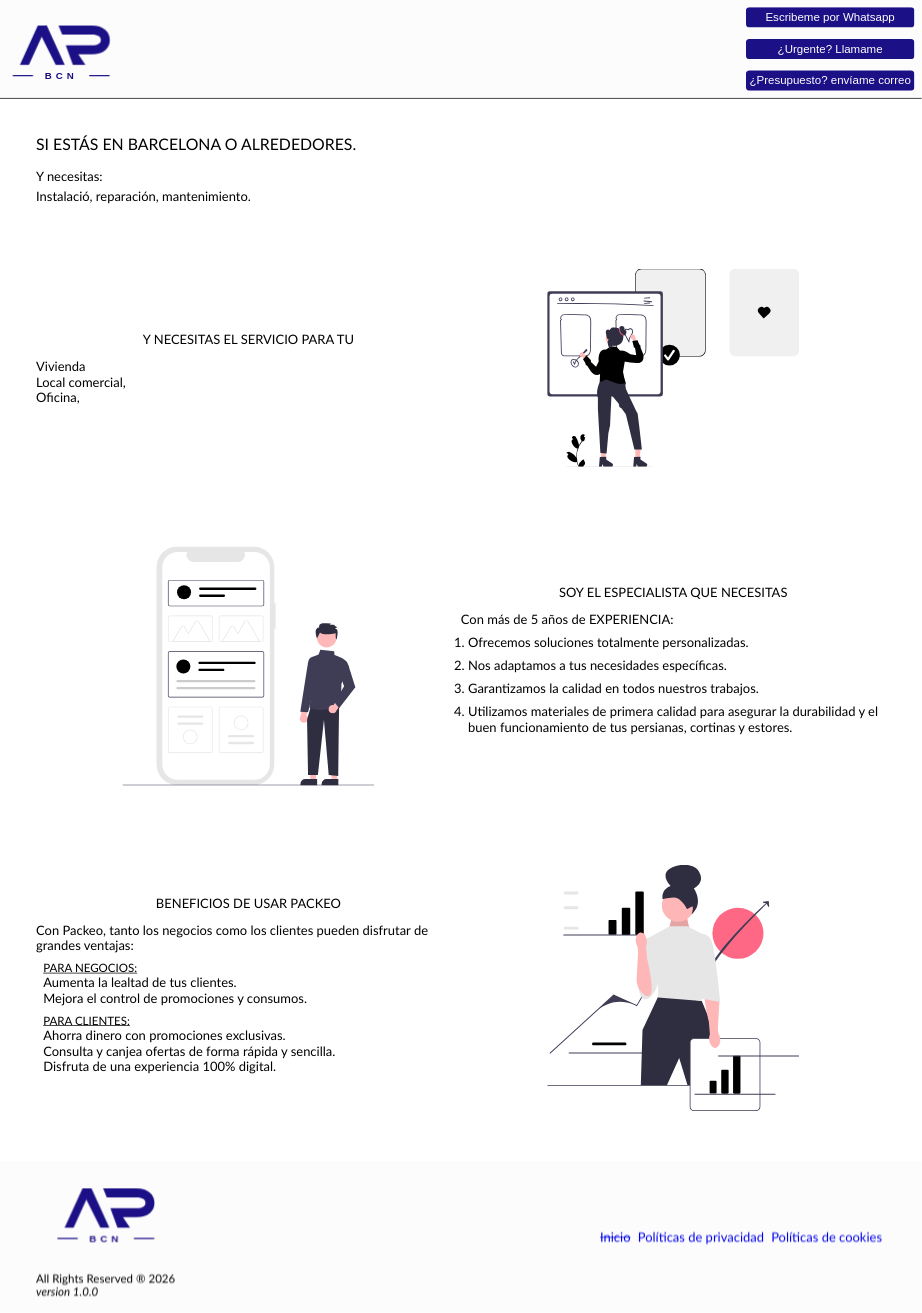
Repository: alupvcbarcelona/alupvcbarcelona-front
Page: /
These files come from the project's save history. The page is drawn as it stood at one moment and after the next save; the edit follows.
The browser window is 1280 px wide. The pictures show the whole page, at 72% of full size.
The page's requests for data from a server got no answer. The project was rebuilt for these pictures with package versions that can differ from the ones it lists, and the page was loaded fresh each time. No one was signed in, and anything a server would have sent is missing. Also part of the build but not shown: vite.config.js, src/reducers/partner.reducer/partner.action.js, src/views/Pack/utils/content.js, src/views/Pack/Pack.css, src/views/Pack/Pack.jsx, src/views/404/utils.js, src/views/404/NotFound.css, src/views/404/NotFound.jsx and 6 more.

Above is the page before, as saved 2026-07-24 10:29:55.

### index.html
<!doctype html>
<html lang="en">

<head>
  <meta charset="UTF-8" />
  <link rel="icon" type="image/svg+xml" href="/logo.png" />
  <meta name="viewport" content="width=device-width, initial-scale=1.0 user-scalable=no" />
  <meta name="author" content="AluPVC Barcelona" />
  <title>ALUPVC BCN</title>
</head>

<body>
  <div id="root"></div>
  <script type="module" src="/src/main.jsx"></script>
</body>

</html>

### src/main.jsx
import { StrictMode } from 'react'
import { createRoot } from 'react-dom/client'
import { BrowserRouter } from 'react-router-dom'
import { ReducerProvider } from './context/reducer.context/ReducerContext.jsx'
import { StateProvider } from './context/state.context/StateContext.jsx'
import App from './App.jsx'
import './assets/global/GlobalStyle.css'
import { ScrollProvider } from './context/scroll.context/Scroll.jsx'

createRoot(document.getElementById('root')).render(
  <StrictMode>
    <BrowserRouter>
      <ReducerProvider>
        <StateProvider>
          <ScrollProvider>
            <App />
          </ScrollProvider>
        </StateProvider>
      </ReducerProvider>
    </BrowserRouter>
  </StrictMode>
)

### src/context/reducer.context/ReducerContext.jsx
import { useReducer } from 'react'
import { ReducerContext } from '../createContext'
import {
  stateLoad,
  initStateLoad
} from '../../reducers/loader.reducer/loader.reducer'
import {
  statePartner,
  initStatePartner
} from '../../reducers/partner.reducer/partner.reducer'
import { initStateAuth, stateAuth } from '../../reducers/auth.reducer/auth.reducer'
import { initStatePack, statePacks } from '../../reducers/packs.reducer/pack.reducer'

export const ReducerProvider = ({ children }) => {
  const [load, dispatchLoad] = useReducer(stateLoad, initStateLoad)
  const [partner, dispatchPartner] = useReducer(statePartner, initStatePartner)
  const [auth, dispatchAuth] = useReducer(stateAuth, initStateAuth)
  const [packs, dispatchPack] = useReducer(statePacks, initStatePack)

  return (
    <ReducerContext.Provider value={{ load, dispatchLoad, partner, dispatchPartner, auth, dispatchAuth, packs, dispatchPack }}>
      {children}
    </ReducerContext.Provider>
  )
}

### src/context/scroll.context/Scroll.jsx
import { createContext, useRef } from 'react'
import { ScrollContext } from '../createContext'
import useScrollToRef from '../../hooks/useScrollToRef'

export const ScrollProvider = ({ children }) => {
  const useScroll = useScrollToRef()

  const refTop = useRef(null)
  const refForm = useRef(null)
  const refPack = useRef(null)
  const refPacks = useRef(null)

  return (
    <ScrollContext.Provider
      value={{ useScroll, refTop, refForm, refPack, refPacks }}
    >
      {children}
    </ScrollContext.Provider>
  )
}

### src/context/createContext.jsx
import { createContext } from "react";

export const ReducerContext = createContext()
export const StateContext = createContext()
export const ScrollContext = createContext()

### src/components/ProtectedRoute/ProtectedRoute.jsx
import React, { useContext, useEffect, useState } from 'react'
import { StateContext } from '../../context/createContext'
import { useNavigate } from 'react-router-dom'

const protectedRoute = ({ children, requiresAuth }) => {
  const {
    isAuth: { auth }
  } = useContext(StateContext)

  const navigate = useNavigate()

  useEffect(() => {
    if (requiresAuth && !auth) {
      navigate('/')
    } else if (!requiresAuth && auth) {
      navigate('/perfil')
    }
  }, [auth, navigate, requiresAuth])

  if ((requiresAuth && !auth) || (!requiresAuth && auth)) {
    return null
  }

  return children
}

export default protectedRoute

### src/layout/Layout.jsx
import React, { useContext, useEffect, useState } from "react";
import { Outlet, useLocation } from "react-router-dom";
import { Helmet, HelmetProvider } from "react-helmet-async";
import { ToastContainer } from "react-toastify";
import useWidth from "../hooks/useWidth";
import "./Layout.css";
import { ScrollContext } from "../context/createContext";

const AluPVCLogo = React.lazy(() => import("../components/Logo/AluPVCLogo"));
const Header = React.lazy(() => import("../components/Header/Header"));
const Footer = React.lazy(() => import("../components/Footer/Footer"));

const Layout = () => {
  const [google, setGoogle] = useState(import.meta.env.VITE_GOOGLE_ADSENSE);
  const { useScroll, refTop } = useContext(ScrollContext);
  const location = useLocation();
  const width = useWidth();
  useEffect(() => {
    useScroll(refTop);
  }, [location]);

  return (
    <>
      <Header />
      <div className="layout__toast">
        <ToastContainer position="bottom-center" hideProgressBar />
      </div>
      <section
        ref={refTop}
        className={`outlet__container ${
          width >= 510 ? "outlet__children" : "outlet__children-mobile"
        }`}
      >
        <Outlet />
      </section>
      <Footer />
    </>
  );
};

export default Layout;

### src/hooks/useScrollToRef.jsx
import { useCallback } from 'react'

const useScrollToRef = () => {
  const scrollToRef = useCallback((ref, h=0) => {
    if (ref.current) {
      ref.current.scrollIntoView({ behavior: 'smooth', block: 'start' })
      setTimeout(() => {
        const scrollY = window.scrollY || document.documentElement.scrollTop
        window.scrollTo({
          top: h,
          behavior: 'smooth',
        })
      }, 0)

    }
  }, [])

  return scrollToRef
}

export default useScrollToRef

### src/views/Home/utils/content.js
import img_1 from "/il-1.svg";
import img_2 from "/il-2.svg";
import img_3 from "/il-3.svg";

export const home_content = {
  body: {
    title: "Si estás en Barcelona o alrededores.",
    description: "Y necesitas:",
    description_:
      "Instalació, reparación, mantenimiento.",
    helmet: {
      title: "Instalación de persianas, cortinas y estores en Barcelona | AluPVC Barcelona",
      description: {
        name: "description",
        content:
          "Instalamos todo tipo de persianas, cortinas y estores en Barcelona y alrededores. Contamos con un equipo de profesionales altamente capacitados para ofrecerte un servicio de calidad y garantizar tu satisfacción.",
      },
      keywords: {
        name: "keywords",
        content:
          "fTodo lo relacionado con persianas, cortinas y estores, instalación de persianas, reparación de persianas, mantenimiento de persianas, instalación de cortinas, reparación de cortinas, mantenimiento de cortinas, instalación de estores, reparación de estores, mantenimiento de estores",
      },
    },
  },
};

export const home_description = {
  body: [
    {
      title: "Y necesitas el servicio para tu",
      article: [
        {
          paragraph:
            "Vivienda",
        },
        {
          paragraph:
            "Local comercial,",
        },
        {
          paragraph:
            "Oficina,",
        },
      ],
      img: {
        img: img_2,
        alt: "Instalación y reparacion de persianas, cortinas y estores en Barcelona",
        width: 350,
      },
    },
    {
      title: "Soy el especialista que necesitas",
      article: [
        {
          paragraph:
            "Con más de 5 años de EXPERIENCIA:",
          ol: [
            {
              li: "Ofrecemos soluciones totalmente personalizadas.",
            },
            { li: "Nos adaptamos a tus necesidades específicas." },
            {
              li: "Garantizamos la calidad en todos nuestros trabajos.",
            },
            {
              li: "Utilizamos materiales de primera calidad para asegurar la durabilidad y el buen funcionamiento de tus persianas, cortinas y estores.",
            },
          ],
        },
      ],
      img: {
        img: img_1,
        alt: "¿Cómo funciona Packeo?",
        width: 350,
      },
    },
    {
      title: "Beneficios de usar Packeo",
      article: [
        {
          paragraph:
            "Con Packeo, tanto los negocios como los clientes pueden disfrutar de grandes ventajas:",
          description_: [
            {
              title: "Para negocios:",
              ul: [
                { li: "Aumenta la lealtad de tus clientes." },
                { li: "Mejora el control de promociones y consumos." },
              ],
            },
            {
              title: "Para clientes:",
              ul: [
                { li: "Ahorra dinero con promociones exclusivas." },
                {
                  li: "Consulta y canjea ofertas de forma rápida y sencilla.",
                },
                { li: "Disfruta de una experiencia 100% digital." },
              ],
            },
          ],
        },
      ],
      img: {
        img: img_3,
        alt: "Beneficios de usar Packeo",
        width: 350,
      },
    },
  ],
};

### src/views/Home/Home.css
.home__content {
  padding: 50px;
}

.home__content-title {
  margin: 40px 0;
  text-align: center;
}

.home__container-card {
  display: flex;
  gap: 20px;
  flex-wrap: wrap;
  justify-content: center;
}

.home__section {
  display: flex;
  flex-direction: column;
  gap: 70px;
}

.home__use {
  width: 100%;
  display: flex;
  flex-wrap: wrap;
  justify-content: center;
  align-items: center;
}
.home__use > div {
  width: 50%;
}

.home__use > div > article > div {
  margin-bottom: 10px;
}

.home__section h2 {
  font-size: 18px;
  margin-bottom: 15px;
  text-align: center;
}

.home__section img {
  display: block;
  margin: 20px auto;
  max-width: 100%;
  height: auto;
}

.home__section ol {
  padding: 10px;
}

.home__section ol li {
  margin-bottom: 10px;
}

.home__benefits {
  display: flex;
  flex-direction: column;
  gap: 20px;
}

.home__bussiness-type {
  margin: 10px 0 0 10px;
}

.home__bussiness-type > div > h3 {
  margin-top: 10px;
  text-decoration: underline;
  font-size: 16px;
}

.home__benefits ul {
  list-style: disc;
  margin-left: 20px;
}

.home__benefits ul li {
  margin-bottom: 8px;
}

@media (min-width: 663px) {
  .home__use:nth-child(2) {
    flex-direction:row-reverse;
  }
}

@media (max-width: 662px) {
  .home__content {
    padding: 50px 20px 40px 20px;
  }
  .home__use {
    flex-wrap: nowrap;
    flex-direction: column;
    gap: 50px;
  }
  .home__use > div {
    width: 100%;
  }
}

### src/components/Img/Img.jsx
import './Img.css'

const Img = ({
  icon,
  w = 20,
  h = w,
  p = '0px',
  alt,
  title = null,
  action = () => {}
}) => {
  return (
    <img
      className='svg__icon'
      src={icon}
      width={w}
      height={h}
      style={{ padding: p }}
      alt={alt}
      title={title}
      onClick={action}
      loading='lazy'
    />
  )
}

export default Img

### src/hooks/useWidth.jsx
import { useEffect, useState } from 'react'

const useWidth = () => {
  const [width, setWidth] = useState(window.innerWidth);
  useEffect(() => {
    const handleResize = () => {
      setWidth(window.innerWidth);
    };

    window.addEventListener('resize', handleResize);

    return () => {
      window.removeEventListener('resize', handleResize);
    };
  }, []);
  return width;
}

export default useWidth

### src/layout/Layout.css
.outlet__container {
  min-height:50svh;
}

### src/components/Footer/Footer.jsx
import React from "react";
import packageJson from "../../../package.json";
import {
  year,
  LINKS_FOOTER,
  handleEmail,
  handleWhatsapp,
  handleCallPhone,
} from "./utils";
import AluPVCLogo from "../Logo/AluPVCLogo";
import Button from "../Button/Button";

import "./Footer.css";
import { NavLink } from "react-router-dom";

const Footer = () => {
  return (
    <footer>
      <div className="footer__container filter">
        <div className="footer_content-logo">
          <AluPVCLogo />
          <div className="footer_content-version">
            <span>All Rights Reserved &#174;​ {year()}</span>
            <i>version {packageJson.version}</i>
          </div>
        </div>
        <div className="footer_content-action">
          <div className="footer_content-links">
            {LINKS_FOOTER?.map((path, index) => (
              <NavLink
                to={path.path}
                key={index}
                className={({ isActive }) =>
                  `${isActive ? "header__link-active" : ""}`
                }
              >
                {path.text}
              </NavLink>
            ))}
          </div>
          {/* <Button
            ariaLabel="Whatsapp"
            p="5px"
            br="5px"
            children="Escribeme por Whatsapp"
            onClick={handleWhatsapp}
          />
          <Button
            ariaLabel="Teléfono"
            p="5px"
            br="5px"
            children="¿Urgente? Llamame"
            onClick={handleCallPhone}
          />
          <Button
            ariaLabel="Email"
            p="5px"
            br="5px"
            children="¿Presupuesto? envíame correo"
            onClick={handleEmail}
          /> */}
        </div>
      </div>
    </footer>
  );
};

export default Footer;

### src/components/Button/Button.jsx
import "./Button.css";

const Button = ({
  children,
  icon,
  ariaLabel,
  bgColor = "var(--p-bg-secondary)",
  textColor = "var(--p-text-primary_2)",
  p,
  br,
  w = "auto",
  h = "auto",
  type = "button",
  onClick,
  className = "",
  style = {},
  ...props
}) => {
  return (
    <button
      type={type}
      onClick={onClick}
      aria-label={ariaLabel}
      className={`button ${className}`}
      style={{
        backgroundColor: bgColor,
        color: textColor,
        padding: p,
        borderRadius: br,
        width: w,
        height: h,
        ...style,
      }}
      {...props}
    >
      {icon && <span className="button__icon">{icon}</span>}

      {children && <span className="button__text">{children}</span>}
    </button>
  );
};

export default Button;

### src/components/Img/Img.css
.svg__icon {
  transition: all 0.1s ease-in;
  cursor:pointer;
}

.svg__icon:hover{
  transform: scale(1.1);
}

### src/components/Content/Content.css
.content__container {
  width: 100%;
  display: flex;
  flex-direction: column;
  gap: 20px;
  margin-bottom: 30px;
  transition: all 0.3s ease-in-out;
}

.content__content-information {
  display: flex;
  justify-content: start;
  align-items: center;
  gap: 10px;
}

.content__content-contact {
  display: flex;
  flex-direction: column;
  gap: 5px;
}

.content__links {
  display: flex;
  flex-wrap: wrap;
  align-items: center;
}

.content__content-location {
  display: flex;
  gap: 5px;
  align-items: center;
}

.content__content-location > span {
  background-color: var(--p-bg-black);
  color: var(--p-text-tertiary);
  padding: 0 5px;
  border-radius: 5px;
}

### src/components/Footer/Footer.css
.footer__container {
  width: 100%;
  padding: 20px 50px;
  display: flex;
  justify-content: space-between;
  gap: 50px;
  bottom: 0;
}

.footer_content-logo {
  display: flex;
  flex-wrap: wrap;
  justify-content: space-between;
  flex-direction: column;
  gap: 2rem;
}

.footer_content-version {
  display: flex;
  flex-direction: column;
  justify-content: end;
}

.footer_content-action {
  display: flex;
  justify-content: center;
  flex-direction: column;
  gap: 1rem;
}

@media (max-width: 509px) {
  .footer__container {
    flex-direction: column-reverse;
    padding: 20px;
  }
}

Loaded but not shown: package.json (35 lines, source omitted); src/components/Header/utils/content.js (167 lines, source omitted); src/components/Footer/utils.js (102 lines, source omitted); src/reducers/packs.reducer/pack.reducer.js (24 lines, source omitted); src/services/fetch.js (23 lines, source omitted); src/reducers/partner.reducer/partner.reducer.js (18 lines, source omitted); src/reducers/loader.reducer/loader.reducer.js (15 lines, source omitted); src/reducers/auth.reducer/auth.reducer.js (12 lines, source omitted); src/components/Header/utils/functions.js (3 lines, source omitted); src/context/state.context/StateContext.jsx (158 lines, source omitted); src/components/Content/Content.jsx (112 lines, source omitted); src/App.jsx (54 lines, source omitted); src/assets/global/GlobalStyle.css (198 lines, source omitted); src/components/Header/Header.css (152 lines, source omitted); src/components/Logo/AluPVCLogo.css (151 lines, source omitted); src/components/Logo/AluPVCLogo.jsx (92 lines, source omitted); src/views/Home/Home.jsx (61 lines, source omitted); src/components/Header/Header.jsx (64 lines, source omitted); src/components/Button/Button.css (no stored copy; drawn as an empty file)

After the next save:
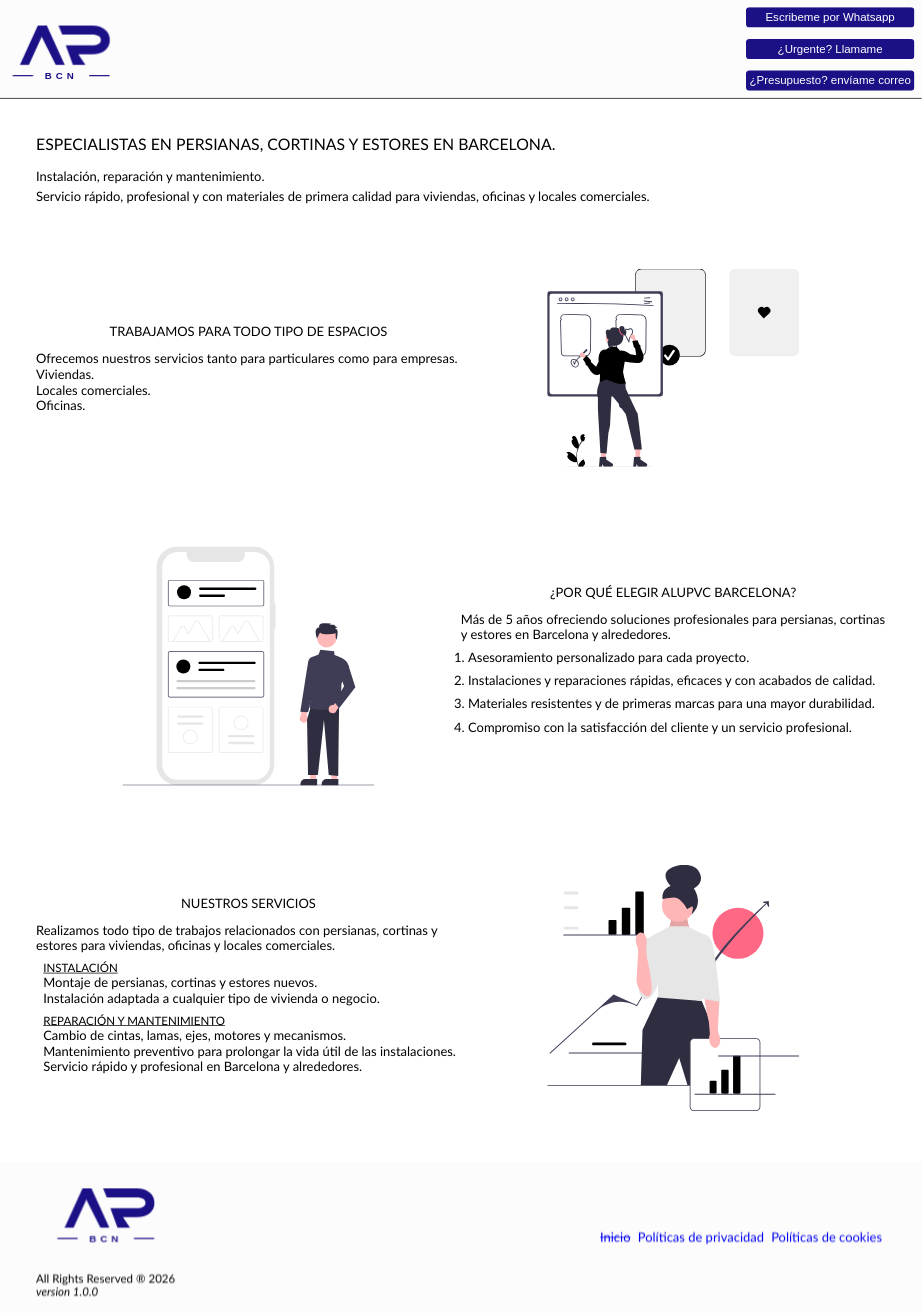
Saved 2 min 29 s later.
--- a/src/views/Home/utils/content.js
+++ b/src/views/Home/utils/content.js
@@ -4,21 +4,22 @@
 
 export const home_content = {
   body: {
-    title: "Si estás en Barcelona o alrededores.",
-    description: "Y necesitas:",
+    title: "Especialistas en persianas, cortinas y estores en Barcelona.",
+    description: "Instalación, reparación y mantenimiento.",
     description_:
-      "Instalació, reparación, mantenimiento.",
+      "Servicio rápido, profesional y con materiales de primera calidad para viviendas, oficinas y locales comerciales.",
     helmet: {
-      title: "Instalación de persianas, cortinas y estores en Barcelona | AluPVC Barcelona",
+      title:
+        "Persianas en Barcelona | Instalación, reparación y mantenimiento | AluPVC Barcelona",
       description: {
         name: "description",
         content:
-          "Instalamos todo tipo de persianas, cortinas y estores en Barcelona y alrededores. Contamos con un equipo de profesionales altamente capacitados para ofrecerte un servicio de calidad y garantizar tu satisfacción.",
+          "Especialistas en instalación, reparación y mantenimiento de persianas, cortinas y estores en Barcelona y alrededores. Servicio profesional, rápido y con materiales de alta calidad para viviendas, oficinas y locales comerciales.",
       },
       keywords: {
         name: "keywords",
         content:
-          "fTodo lo relacionado con persianas, cortinas y estores, instalación de persianas, reparación de persianas, mantenimiento de persianas, instalación de cortinas, reparación de cortinas, mantenimiento de cortinas, instalación de estores, reparación de estores, mantenimiento de estores",
+          "persianas Barcelona, reparación de persianas Barcelona, instalación de persianas Barcelona, persianista Barcelona, cortinas Barcelona, estores Barcelona, reparación de estores, mantenimiento de persianas, instalación de cortinas, instalación de estores, AluPVC Barcelona",
       },
     },
   },
@@ -27,75 +28,86 @@
 export const home_description = {
   body: [
     {
-      title: "Y necesitas el servicio para tu",
+      title: "Trabajamos para todo tipo de espacios",
       article: [
         {
           paragraph:
-            "Vivienda",
+            "Ofrecemos nuestros servicios tanto para particulares como para empresas.",
         },
         {
-          paragraph:
-            "Local comercial,",
+          paragraph: "Viviendas.",
         },
         {
-          paragraph:
-            "Oficina,",
+          paragraph: "Locales comerciales.",
+        },
+        {
+          paragraph: "Oficinas.",
         },
       ],
       img: {
         img: img_2,
-        alt: "Instalación y reparacion de persianas, cortinas y estores en Barcelona",
+        alt: "Instalación y reparación de persianas, cortinas y estores en Barcelona",
         width: 350,
       },
     },
     {
-      title: "Soy el especialista que necesitas",
+      title: "¿Por qué elegir AluPVC Barcelona?",
       article: [
         {
           paragraph:
-            "Con más de 5 años de EXPERIENCIA:",
+            "Más de 5 años ofreciendo soluciones profesionales para persianas, cortinas y estores en Barcelona y alrededores.",
           ol: [
             {
-              li: "Ofrecemos soluciones totalmente personalizadas.",
-            },
-            { li: "Nos adaptamos a tus necesidades específicas." },
-            {
-              li: "Garantizamos la calidad en todos nuestros trabajos.",
+              li: "Asesoramiento personalizado para cada proyecto.",
             },
             {
-              li: "Utilizamos materiales de primera calidad para asegurar la durabilidad y el buen funcionamiento de tus persianas, cortinas y estores.",
+              li: "Instalaciones y reparaciones rápidas, eficaces y con acabados de calidad.",
+            },
+            {
+              li: "Materiales resistentes y de primeras marcas para una mayor durabilidad.",
+            },
+            {
+              li: "Compromiso con la satisfacción del cliente y un servicio profesional.",
             },
           ],
         },
       ],
       img: {
         img: img_1,
-        alt: "¿Cómo funciona Packeo?",
+        alt: "Especialistas en instalación y reparación de persianas en Barcelona",
         width: 350,
       },
     },
     {
-      title: "Beneficios de usar Packeo",
+      title: "Nuestros servicios",
       article: [
         {
           paragraph:
-            "Con Packeo, tanto los negocios como los clientes pueden disfrutar de grandes ventajas:",
+            "Realizamos todo tipo de trabajos relacionados con persianas, cortinas y estores para viviendas, oficinas y locales comerciales.",
           description_: [
             {
-              title: "Para negocios:",
+              title: "Instalación",
               ul: [
-                { li: "Aumenta la lealtad de tus clientes." },
-                { li: "Mejora el control de promociones y consumos." },
+                {
+                  li: "Montaje de persianas, cortinas y estores nuevos.",
+                },
+                {
+                  li: "Instalación adaptada a cualquier tipo de vivienda o negocio.",
+                },
               ],
             },
             {
-              title: "Para clientes:",
+              title: "Reparación y mantenimiento",
               ul: [
-                { li: "Ahorra dinero con promociones exclusivas." },
                 {
-                  li: "Consulta y canjea ofertas de forma rápida y sencilla.",
+                  li: "Cambio de cintas, lamas, ejes, motores y mecanismos.",
                 },
-                { li: "Disfruta de una experiencia 100% digital." },
+                {
+                  li: "Mantenimiento preventivo para prolongar la vida útil de las instalaciones.",
+                },
+                {
+                  li: "Servicio rápido y profesional en Barcelona y alrededores.",
+                },
               ],
             },
           ],
@@ -103,7 +115,7 @@
       ],
       img: {
         img: img_3,
-        alt: "Beneficios de usar Packeo",
+        alt: "Servicios de instalación y reparación de persianas en Barcelona",
         width: 350,
       },
     },
